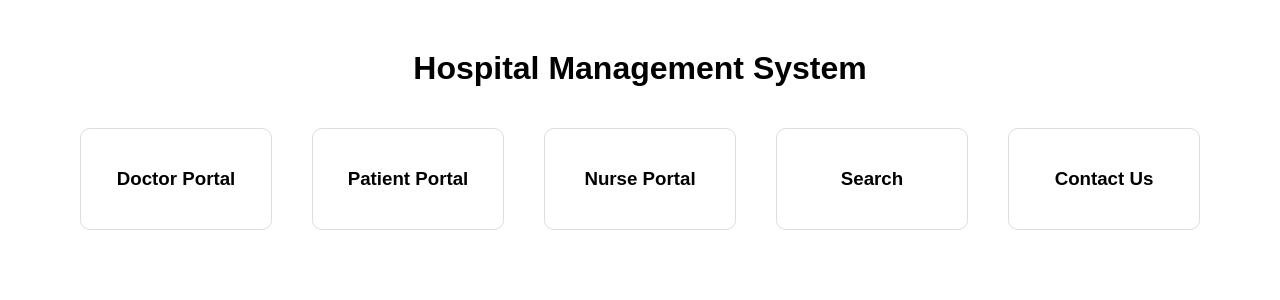
Repository: jaytriggz/Hospital-Management-System
Page: index.html
An editor plug-in stored every save of this project. The page is shown before and after the next save, followed by the edit.
The browser window is 1280 px wide. The pictures show the whole page.

Above is the page before, as saved 2024-07-04 16:55:34.

After the next save:
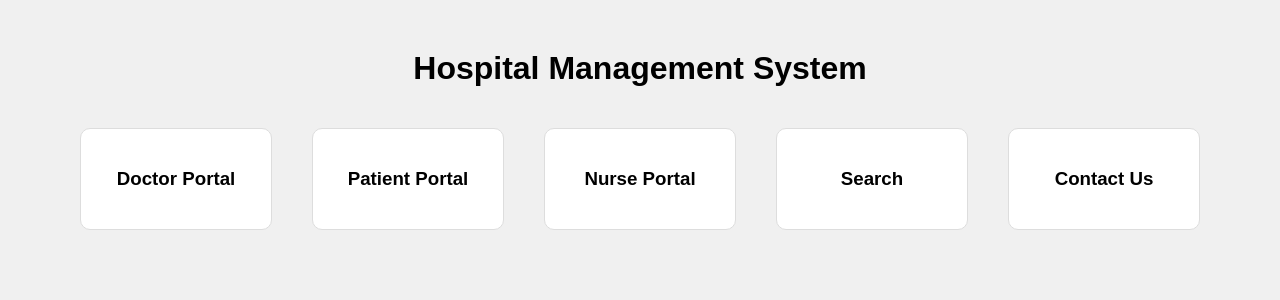
Saved 2 min 39 s later.
--- a/index.html
+++ b/index.html
@@ -3,31 +3,9 @@
 <head>
     <meta charset="UTF-8">
     <title>Hospital Management System</title>
+    <link rel="stylesheet" href="styles.css"> <!-- Link to external CSS file -->
     <style>
-        body {
-            font-family: Arial, sans-serif;
-        }
-        .container {
-            text-align: center;
-            margin-top: 50px;
-        }
-        .icon-container {
-            display: flex;
-            justify-content: center;
-            flex-wrap: wrap;
-        }
-        .icon {
-            margin: 20px;
-            padding: 20px;
-            border: 1px solid #ddd;
-            border-radius: 10px;
-            width: 150px;
-            text-align: center;
-            cursor: pointer;
-        }
-        .icon:hover {
-            background-color: #f0f0f0;
-        }
+        /* Additional styles specific to index.html if needed */
     </style>
 </head>
 <body>
